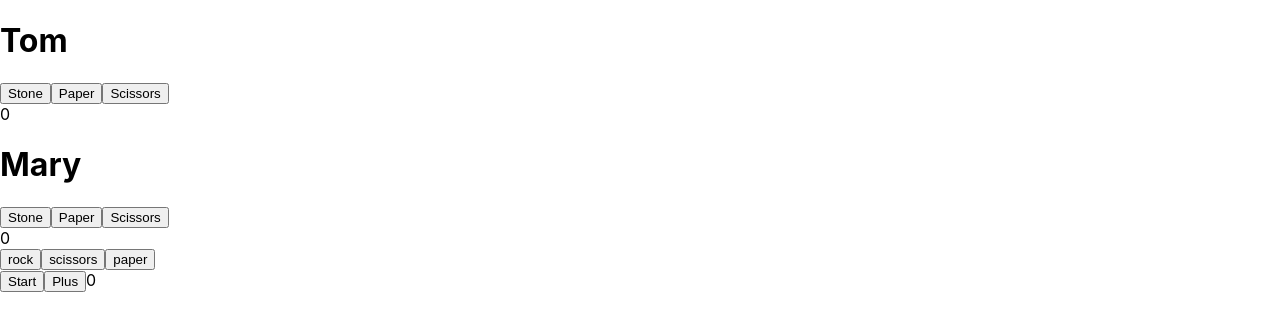
Repository: K009/Rock-Paper-Scissors
Page: /
These files come from the project's save history. The page is drawn as it stood at one moment and after the next save; the edit follows.
The browser window is 1280 px wide. The pictures show the whole page.
The project was rebuilt for these pictures with package versions that can differ from the ones it lists, and the page was loaded fresh each time. Also part of the build but not shown: src/App.css.

Above is the page before, as saved 2020-05-12 09:03:44.

After the next save:
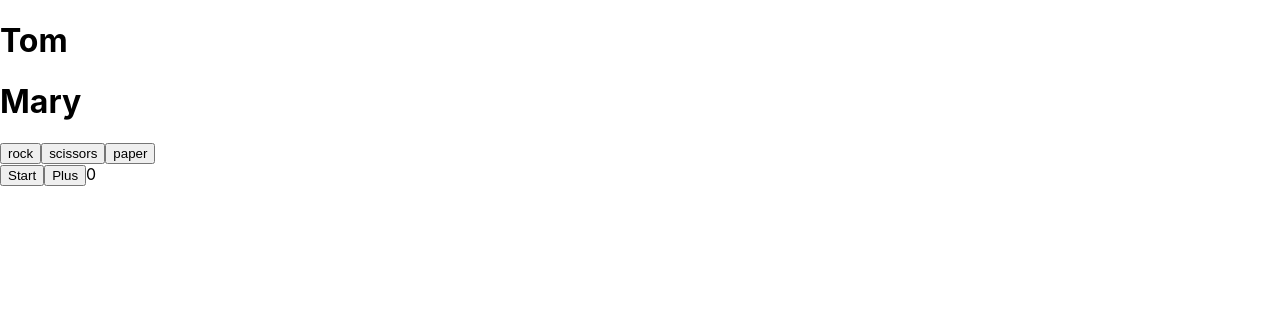
Saved 4 min 46 s later.
--- a/src/components/Player.js
+++ b/src/components/Player.js
@@ -1,34 +1,10 @@
-import React, { useState } from "react";
+import React from "react";
 //import style from "./player.module.css";
 
-const Player = ({ playerName, score }) => {
-  const [option, setOption] = useState(0);
+const Player = ({ playerName }) => {
   return (
     <div>
       <h1>{playerName}</h1>
-
-      <button
-        className="submit-button"
-        type="submit"
-        onClick={() => setOption(option + 1)}
-      >
-        Stone
-      </button>
-      <button
-        className="submit-button"
-        type="submit"
-        onClick={() => setOption(option + 2)}
-      >
-        Paper
-      </button>
-      <button
-        className="submit-button"
-        type="submit"
-        onClick={() => setOption(option + 3)}
-      >
-        Scissors
-      </button>
-      <div>{option}</div>
     </div>
   );
 };
